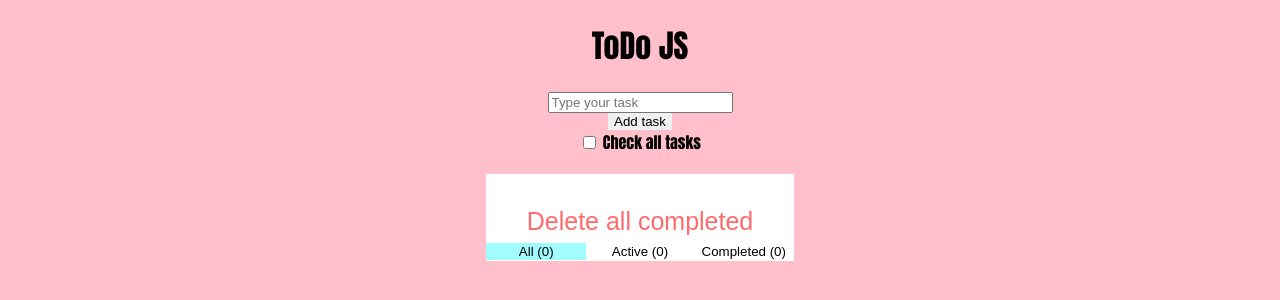
Repository: mklyagin/klyagin_todojs
Page: index.html
An editor plug-in stored every save of this project. The page is shown before and after the next save, followed by the edit.
The browser window is 1280 px wide. The pictures show the whole page.

Above is the page before, as saved 2024-02-27 17:54:05.

### index.html
<!DOCTYPE html>
<html lang="en">
  <head>
    <meta charset="UTF-8">
    <meta name="viewport" content="width=device-width, initial-scale=1.0">
    <title>ToDo JS</title>
    <link rel="stylesheet" href="./style.css">
  </head>
  <body>
    <h1>ToDo JS</h1>
    <input maxlength="15" id="enter-task-input" placeholder="Type your task">
    <button type="button" id="add-task-button">Add task</button>
    <div class ='check-all-task'>
      <input type="checkbox" id="check-all-checkbox">
      <span>Check all tasks</span>
    </div>
    <div class="task-functions">
      <ul id="task-list"></ul>
      <button type="button" id="delete-all-completed-button">
        Delete all completed
      </button>
      <div id="tabulation">
        <button id="show-all" class="tab-button active">All (0)</button>
        <button id="show-active" class="tab-button">Active (0)</button>
        <button id="show-completed" class="tab-button" >Completed (0)</button>
      </div>
    </div>
    <div id="pagination"></div>
    <script src="./script.js"></script>
  </body>
</html>

### style.css

body {
  display: flex;
  flex-direction: column;
  margin: auto;
  align-items: center;
  justify-content: center;
  font-family: Impact, Haettenschweiler, 'Arial Narrow Regular', sans-serif;
  background-color: pink;
}

body > h1 {
  font-family: Impact, Haettenschweiler, 'Arial Narrow Bold', sans-serif;
}

button {
 border: none;
}

ul {
  padding: 0;
  width: 300px;
  display: flex;
  flex-direction: column;
  align-items: center;
}

li {
  text-decoration: none;
  list-style-type: none;
  background-color: #a1fcff;
  display: flex;
  flex-direction: row;
  align-items: center;
  justify-content: space-around;
  width: 250px;
  margin: 5px 0;
  border-radius: 5px;
  height: 40px;
}

.delete-task {
  background-color: rgb(255, 88, 88);
}

.task-functions {
  margin: 20px 20px;
  display: flex;
  flex-direction: column;
  align-items: center;
  justify-content: space-between;
  background: #ffffff;
}

.task-functions > button {
  background-color: inherit;
}

.tabulation {
  margin-top: 40px;
  background-color: inherit;
}

.tab-button {
  background-color: inherit;
  width: 100px;
}

#delete-all-completed-button {
  color: rgb(255, 106, 106);
  font-size: 25px;
}

.hidden-element {
  display: none;
}

.active {
  background-color: #a1fcff;
}

.page-number {
  border: 1px solid black;
  border-radius: 100%;
}

### script.js
(() => {
  const buttonTaskAdd = document.querySelector('#add-task-button');
  const inputTask = document.querySelector('#enter-task-input');
  const ulTask = document.querySelector('#task-list');
  const checkAllCheckbox = document.querySelector('#check-all-checkbox');
  const deleteAllCompletedButton = document.querySelector('#delete-all-completed-button');
  const tabulationDiv = document.querySelector('#tabulation');
  const paginationDiv = document.querySelector('#pagination');

  const ENTER_KEY = 'Enter';
  const ESCAPE_KEY = 'Escape';
  const QUANTITY_OF_TASKS = 5;

  let taskList = [];
  let taskListPages = [[]];
  let filterType = 0;
  let currentPage = 0;

  const strValidation = (inputStr) => inputStr.replace(/[!@#$%^&*()'"`<>;:]/g, '');

  const checkAllTaskStates = () => {
    checkAllCheckbox.checked = taskList.length
      ? (taskList.every((task) => task.isDone))
      : false;
  };

  const listToPages = (currentList) => {
    taskListPages = [[]];
    let index = 0;
    currentList.forEach((task) => {
      if (taskListPages[index].length === QUANTITY_OF_TASKS) {
        taskListPages.push([]);
        index += 1;
      }
      taskListPages[index].push(task);
    });
  };

  const taskFilter = (currentList) => {
    switch (filterType) {
      case (0):
        return currentList;
      case (1):
        currentList = currentList.filter((task) => !task.isDone);
        return currentList;
      case (2):
        currentList = currentList.filter((task) => task.isDone);
        return currentList;
      default:
        return undefined;
    }
  };

  const taskValidation = () => {
    taskList.forEach((task) => {
      task.title = task.title.trim();
    });
    taskList = taskList.filter((task) => task.title.length);
  };
  const taskFilterCounter = () => {
    const counter = {
      total: taskList.length,
      active: (taskList.filter((task) => !task.isDone)).length,
      completed: (taskList.filter((task) => task.isDone)).length,
    };

    return counter;
  };

  const taskRender = (isAdding) => {
    let listOfTasks = '';
    let prePaginationList = '';
    let currentList = [];
    taskValidation();
    currentList = taskFilter(taskList);
    listToPages(currentList);
    if (isAdding) {
      currentPage = taskListPages.length - 1;
    }
    taskListPages[currentPage].forEach((task) => {
      listOfTasks
    += `<li id=${task.id}>
    <input type="checkbox" class="check-task" ${task.isDone ? 'checked' : ''}>
    <span class="task-title">${task.title}</span>
    <input hidden maxlength="15" class="edit-task" id=${task.id} value=${task.title} >
    <button type="button" class="delete-task">X</button>
    </li>`;
    });
    ulTask.innerHTML = listOfTasks;
    checkAllTaskStates();
    const tabNumbers = taskFilterCounter();
    for (let index = 0; index < 3; index += 1) {
      if (index === filterType) {
        tabulationDiv.children[index].classList.add('active');
      } else {
        tabulationDiv.children[index].classList.remove('active');
      }
    }
    tabulationDiv.children[0].innerHTML = `All (${tabNumbers.total})`;
    tabulationDiv.children[1].innerHTML = `Active (${tabNumbers.active})`;
    tabulationDiv.children[2].innerHTML = `Completed (${tabNumbers.completed})`;
    for (let i = 0; i < taskListPages.length; i += 1) {
      prePaginationList += `<button class="page-number ${(i === currentPage ? 'active' : '')}">${i + 1}</button>`;
    }
    paginationDiv.innerHTML = prePaginationList;
  };

  const setPage = (event) => {
    if (event.target.classList.contains('page-number')) {
      currentPage = event.target.innerHTML - 1;
    }
    taskRender();
  };

  const addTask = () => {
    const task = {
      id: Date.now(),
      title: strValidation(inputTask.value),
      isDone: false,
    };

    taskList.push(task);
    inputTask.value = '';
    taskRender(true);
  };

  const editVisibilityToggle = (target) => {
    target.hidden = !target.hidden;
    if (target.className === 'task-title') {
      target.nextElementSibling.hidden = !target.nextElementSibling.hidden;
      target.nextElementSibling.focus();
    } else {
      target.previousElementSibling.hidden = !target.previousElementSibling.hidden;
    }
  };

  const editMode = (event) => {
    if (event.target.className === 'edit-task') {
      if (event.key === ESCAPE_KEY) {
        taskRender();
      } else if (event.key === ENTER_KEY || (event.type === 'blur' && event.sourceCapabilities)) {
        event.target.value = event.target.value.trim();
        if (!event.target.value.length) {
          taskRender();
        } else {
          editVisibilityToggle(event.target.previousElementSibling);
          taskList.forEach((task) => {
            if (task.id === Number(event.target.id)) {
              task.title = strValidation(event.target.value);
            }
          });
          taskRender();
        }
      }
    }
  };

  const eventUlHandlerListener = (event) => {
    const eventTaskID = Number(event.target.parentNode.id);
    const elemClass = event.target.className;
    if (elemClass === 'check-task') {
      taskList.forEach((task) => {
        if (task.id === eventTaskID) {
          task.isDone = event.target.checked;
        }
        checkAllTaskStates();
      });
      taskRender();
    } else if (elemClass === 'delete-task' && event.type === 'click') {
      taskList = taskList.filter((task) => task.id !== eventTaskID);
      taskRender();
    } else if (elemClass === 'task-title' && event.detail === 2) {
      editVisibilityToggle(event.target);
    }
  };

  const inputTaskListener = (event) => {
    if (event.key === ENTER_KEY) {
      addTask();
      inputTask.blur();
    }
  };

  const deleteCompleted = () => {
    taskList = taskList.filter((task) => !task.isDone);
    taskRender();
  };

  const checkAll = () => {
    taskList.forEach((task) => {
      task.isDone = checkAllCheckbox.checked;
    });
    taskRender();
  };

  const paginationCounter = (totalNumber) => {
    switch (totalNumber) {
      case 0:
        return 0;
      case totalNumber < 0:
        return 0;
      default:
        return (Math.ceil(totalNumber / 5) - 1);
    }
  };

  const tabulationListener = (event) => {
    const tabNumbers = taskFilterCounter();
    switch (event.target.id) {
      case ('show-all'):
        filterType = 0;
        currentPage = paginationCounter(tabNumbers.total);
        taskRender();
        break;
      case ('show-active'):
        filterType = 1;
        currentPage = paginationCounter(tabNumbers.active);
        taskRender();
        break;
      case ('show-completed'):
        filterType = 2;
        currentPage = paginationCounter(tabNumbers.completed);
        taskRender();
        break;
      default:
        break;
    }
  };

  ulTask.addEventListener('click', eventUlHandlerListener);
  ulTask.addEventListener('blur', editMode, true);
  ulTask.addEventListener('keydown', editMode);
  buttonTaskAdd.addEventListener('click', addTask);
  inputTask.addEventListener('keydown', inputTaskListener);
  deleteAllCompletedButton.addEventListener('click', deleteCompleted);
  checkAllCheckbox.addEventListener('click', checkAll);
  tabulationDiv.addEventListener('click', tabulationListener);
  paginationDiv.addEventListener('click', setPage);
})();

After the next save:
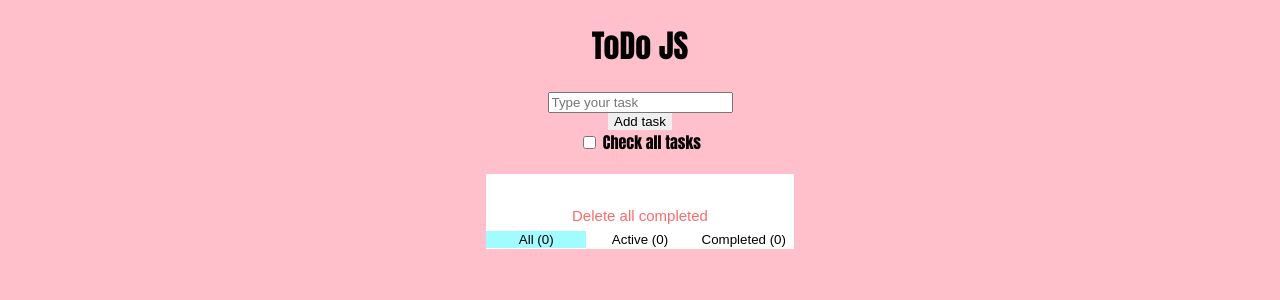
Saved 5 s later.
--- a/style.css
+++ b/style.css
@@ -68,7 +68,7 @@ li {
 
 #delete-all-completed-button {
   color: rgb(255, 106, 106);
-  font-size: 25px;
+  font-size: 15px;
 }
 
 .hidden-element {
